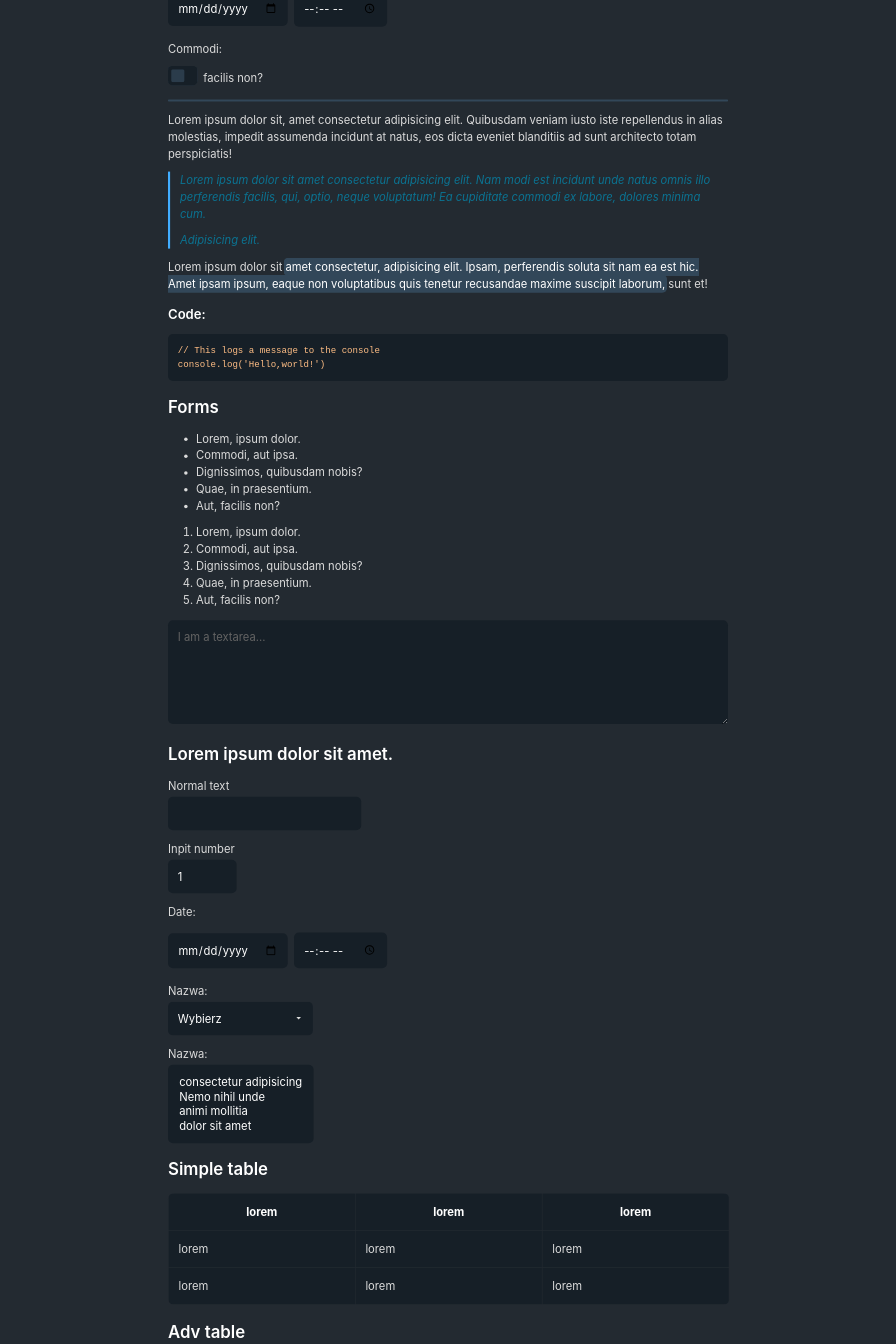
Repository: KozakBartosz/Draft
Page: index.html
The author's editor kept a copy of each file at every save. The page is drawn from the files as they stood at one save, then again after a run of saves.
The browser window is 1280 px wide. The pictures show the part of the page from y = 1283 to 3203 px (the page is 6247 px tall before and 6289 px after), at 70% of full size.

Above is the page before, as saved 2019-04-12 13:51:17.

After the next 2 saves:
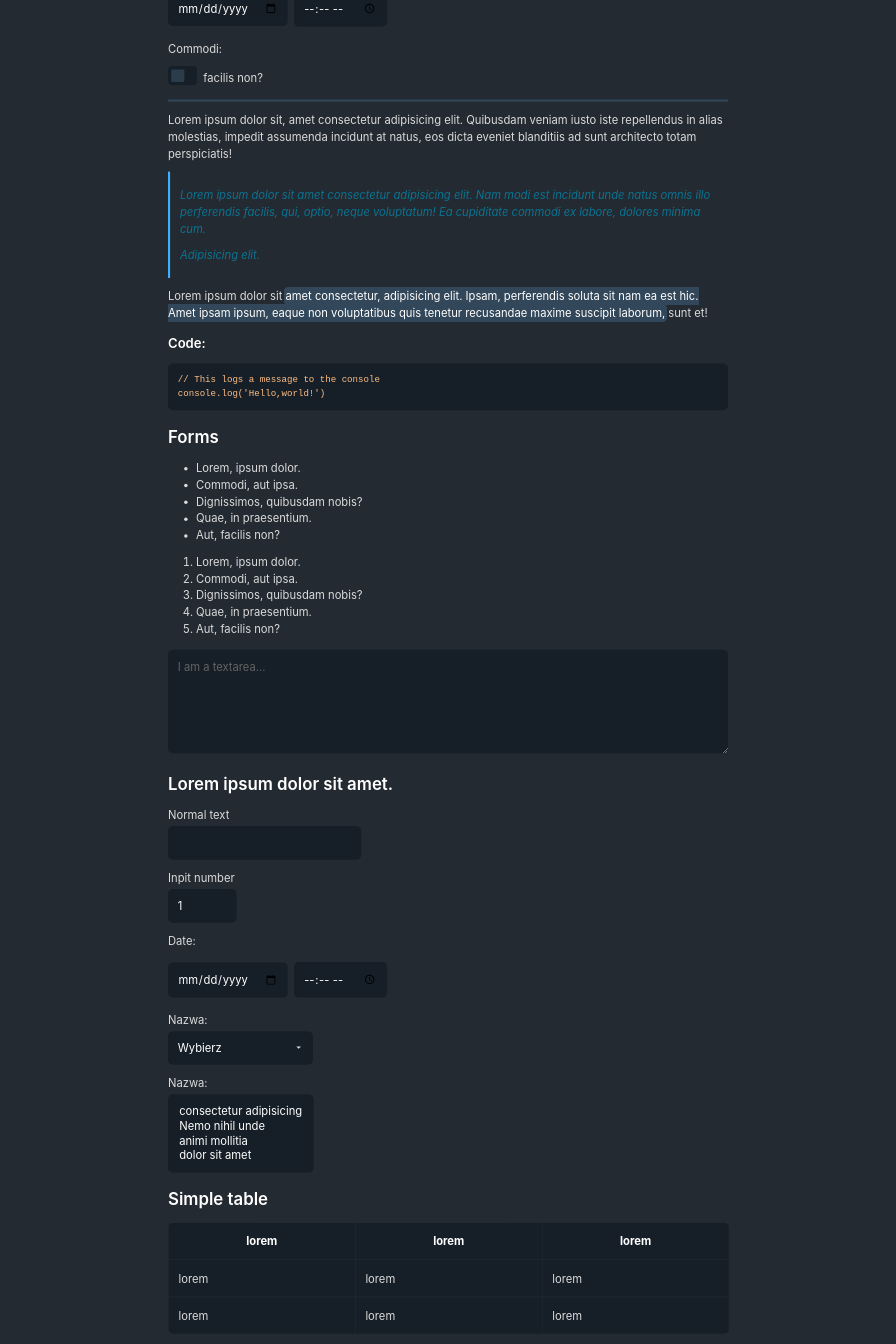
The 2 saves are shown as one change because they came seconds apart.
The last was saved 27 s later.
--- a/draft.css
+++ b/draft.css
@@ -338,7 +338,7 @@ q {
 	margin: var(--mainpaddng) 0;
 	color: var(--hight);
 	/* border-radius: var(--radius); */
-	padding: 0 var(--mainpaddng);
+	padding: calc(var(--mainpaddng) / 2) var(--mainpaddng);
 	border-left: 3px solid var(--brand);
 }
 
